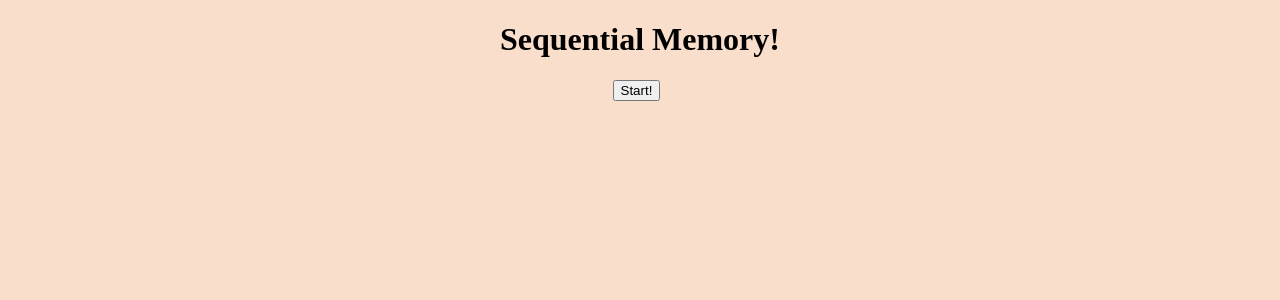
Repository: HyveMynd/htdocs
Page: PS1/MemoryNumbers.html
The author's editor kept a copy of each file at every save. The page is drawn from the files as they stood at one save, then again after the next save.
The browser window is 1280 px wide. The pictures show the whole page.
Some web libraries are served in a nearby version.

Above is the page before, as saved 2013-01-22 04:12:13.

After the next save:
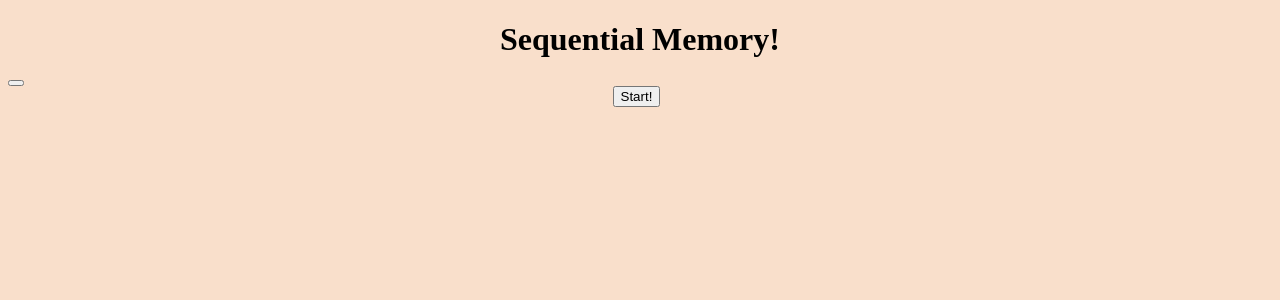
Saved 3 min 36 s later.
--- a/PS1/MemoryNumbers.html
+++ b/PS1/MemoryNumbers.html
@@ -9,6 +9,7 @@
 </head>
 <body>
 <h1>Sequential Memory!</h1>
+	<button id=reset type=button href=~/PS1/MemoryNumbers.html></button>
 <div class=gameboard ></div>
 <div class=select>
 	<button id=twentyfive type=button onclick="displayBoard(3)">Start!</button>
